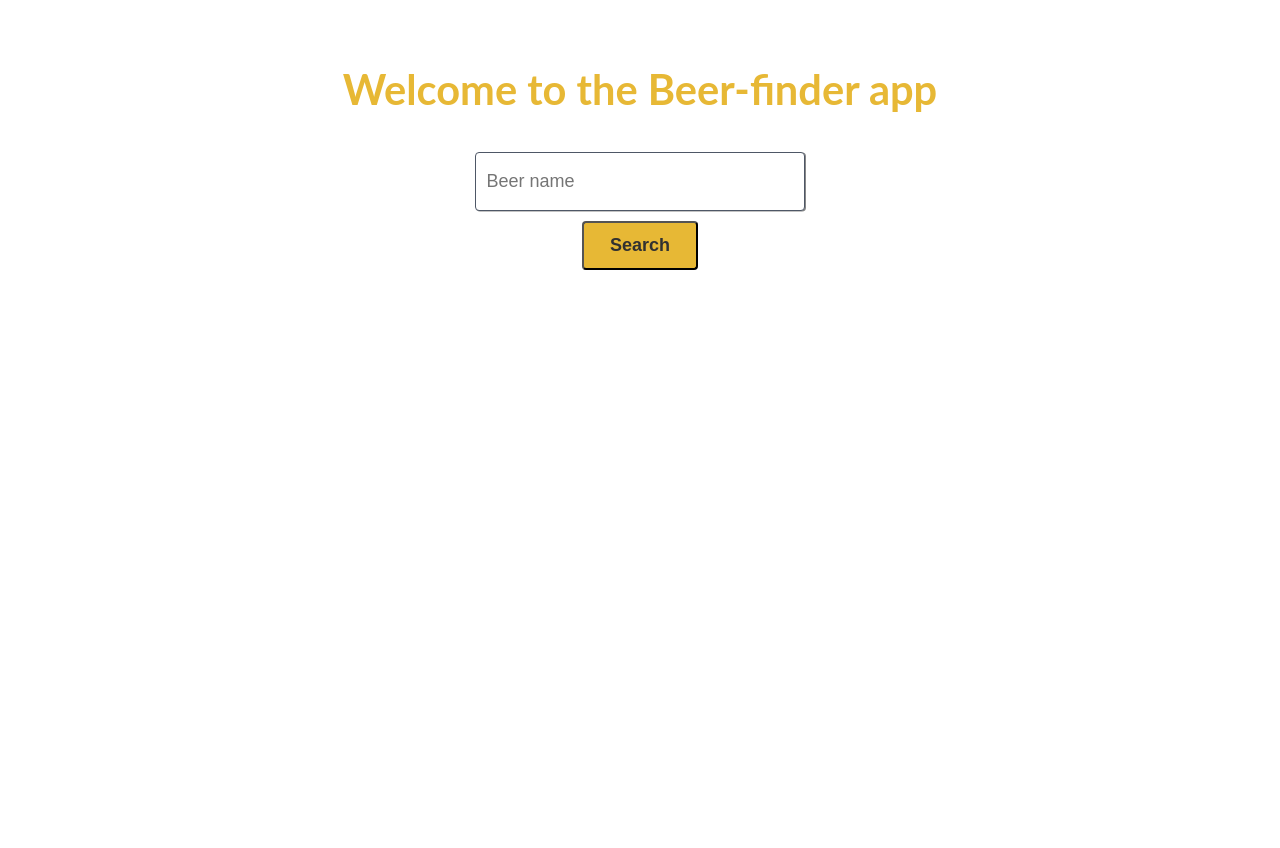
Repository: marcinszymaszek/beer-finder
Page: /
These files come from the project's save history. The page is drawn as it stood at one moment and after the next save; the edit follows.
The browser window is 1280 px wide. The pictures show the whole page.
The pointer rests on the first visible `button`.
The project was rebuilt for these pictures with package versions that can differ from the ones it lists, and the page was loaded fresh each time.

Above is the page before, as saved 2020-05-10 21:42:05.

### public/index.html
<!DOCTYPE html>
<html lang="en">
  <head>
    <meta charset="utf-8" />
    <link rel="icon" href="%PUBLIC_URL%/favicon.ico" />
    <meta name="viewport" content="width=device-width, initial-scale=1" />
    <meta name="theme-color" content="#000000" />
    <meta
      name="description"
      content="Web site created using create-react-app"
    />
    <link rel="apple-touch-icon" href="%PUBLIC_URL%/logo192.png" />
    <!--
      manifest.json provides metadata used when your web app is installed on a
      user's mobile device or desktop. See https://developers.google.com/web/fundamentals/web-app-manifest/
    -->
    <link rel="manifest" href="%PUBLIC_URL%/manifest.json" />
    <!--
      Notice the use of %PUBLIC_URL% in the tags above.
      It will be replaced with the URL of the `public` folder during the build.
      Only files inside the `public` folder can be referenced from the HTML.

      Unlike "/favicon.ico" or "favicon.ico", "%PUBLIC_URL%/favicon.ico" will
      work correctly both with client-side routing and a non-root public URL.
      Learn how to configure a non-root public URL by running `npm run build`.
    -->
    <title>Beer-finder App</title>
  </head>
  <body>
    <noscript>You need to enable JavaScript to run this app.</noscript>
    <div id="root"></div>
    <!--
      This HTML file is a template.
      If you open it directly in the browser, you will see an empty page.

      You can add webfonts, meta tags, or analytics to this file.
      The build step will place the bundled scripts into the <body> tag.

      To begin the development, run `npm start` or `yarn start`.
      To create a production bundle, use `npm run build` or `yarn build`.
    -->
  </body>
</html>

### src/index.js
import React from 'react';
import ReactDOM from 'react-dom';
import './index.css';
import App from './components/main/App';
import * as serviceWorker from './serviceWorker';

ReactDOM.render(
  <React.StrictMode>
    <App />
  </React.StrictMode>,
  document.getElementById('root')
);

// If you want your app to work offline and load faster, you can change
// unregister() to register() below. Note this comes with some pitfalls.
// Learn more about service workers: https://bit.ly/CRA-PWA
serviceWorker.unregister();

### src/components/main/App.js
import React, { useState, useEffect } from 'react';
import './App.css';
import Search from '../search/Search'


const App = () => {

  return (
    <div className="main-container">
      <h1 className="app-title">Welcome to the Beer-finder app</h1>
      <Search />


    </div>
  );
}

export default App;

### src/components/main/App.css
.main-container {
  font-family: Lato, sans-serif;
  font-size: 1.5em;
  height: 100vh;
  line-height: 20px;
  font-size: 1.3rem;
  text-align: center;
  margin: 5% 20%;
  color: #e7b835;
}

.app-title{
  line-height: normal;
}

@media (max-width: 790px)  {
  .main-container  {
    font-size: 1.2em;
  }
}

@media (max-width: 580px)  {
  .main-container  {
    height: auto;
    margin-bottom: 20%;
    margin-left: 15%;
    margin-right: 15%;
  }
}

### src/components/search/Search.js
import React, { useState, useEffect } from 'react';
import './Search.css';


const Search = () => {

    const [searchValue, setSearchValue] = useState('');

    const handleOnChange = event => {
        setSearchValue(event.target.value);
    };

    const handleSearch = () => {

    };

    return (
        <div className="inline-container">
            <div className="input-container">
                <input
                    name="text"
                    type="text"
                    placeholder="Beer name"
                    onChange={event => handleOnChange(event)}
                    value={searchValue}
                />
            </div>
            <button onClick={handleSearch}>Search</button>
        </div>
    )
}

export default Search;

### src/components/search/Search.css
.inline-container {
    display: flex;
    flex-flow: wrap;
    align-content: center;
    align-items: stretch;
    justify-content: space-around;
}

input {
    width: 40%;
    margin: 10px;
    padding: 18px 10px;
    border-radius: 4px;
    border: 1px solid #4e5766;
    box-shadow: 1px 0.5px #888888;
    font-size: 18px;
}

.input-container{
    width: 100%;
}

    button {
        padding: 12px 10px;
        width: 15%;
        border-radius: 4px;
        background-color: #e7b835;
        color: #313131;
        cursor: pointer;
        font-size: 18px;
        font-weight: 600;
    }


@media (max-width: 790px)  {

    button {
        width: 40%;
    }

    input {
        width: 80%;
    }

    .inline-container {
        justify-content: space-evenly;
    }
}

@media (max-width: 580px)  {
    input {
        width: 100%;
        margin: 20px 0px;
        padding: 18px 10px;
    }

    button {
        width: 100%;
    }
  }

Loaded but not shown: src/index.css (common file); src/serviceWorker.js (common file); public/manifest.json (common file)

After the next save:
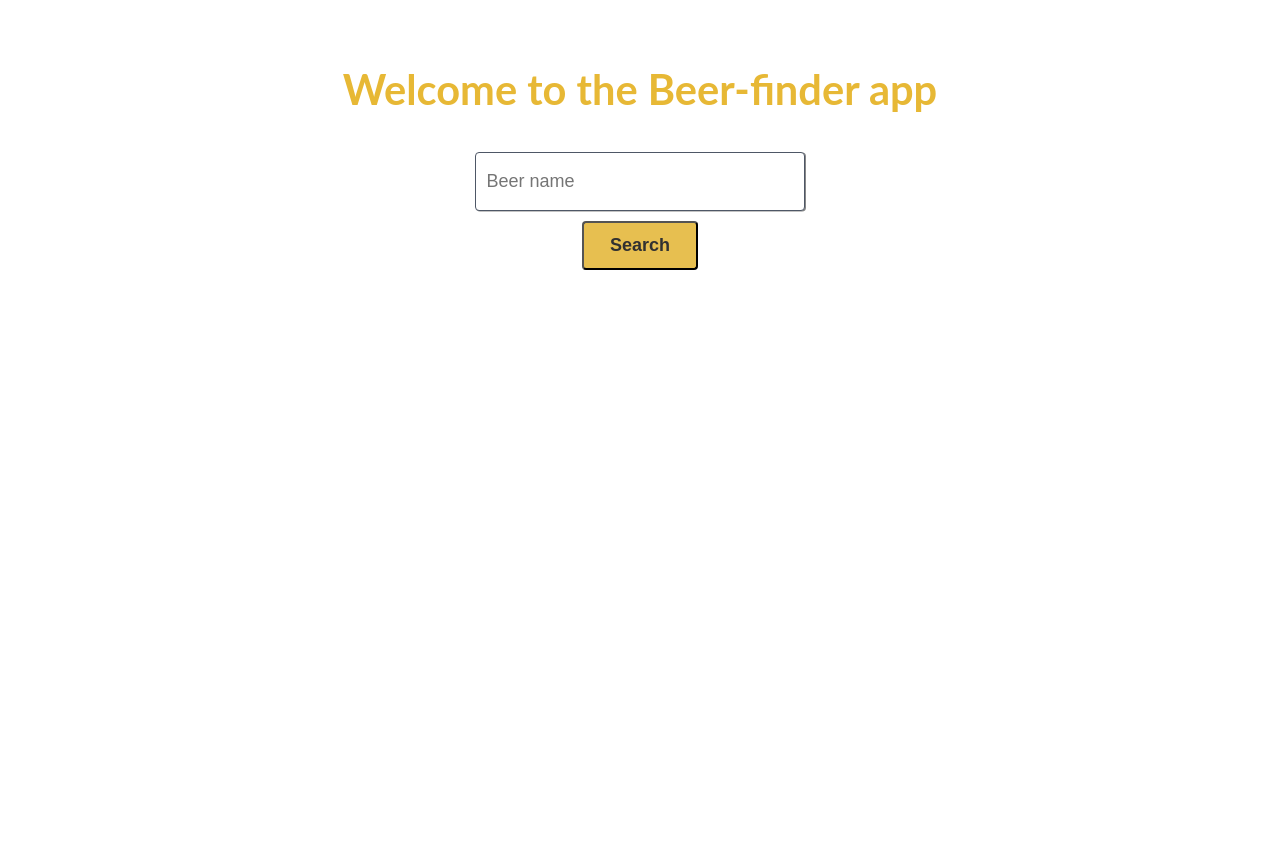
Saved 23 s later.
--- a/src/components/search/Search.css
+++ b/src/components/search/Search.css
@@ -31,6 +31,10 @@ input {
         font-weight: 600;
     }
 
+    button:hover {
+        background-color: #e7bf50;
+    }
+
 
 @media (max-width: 790px)  {
 
